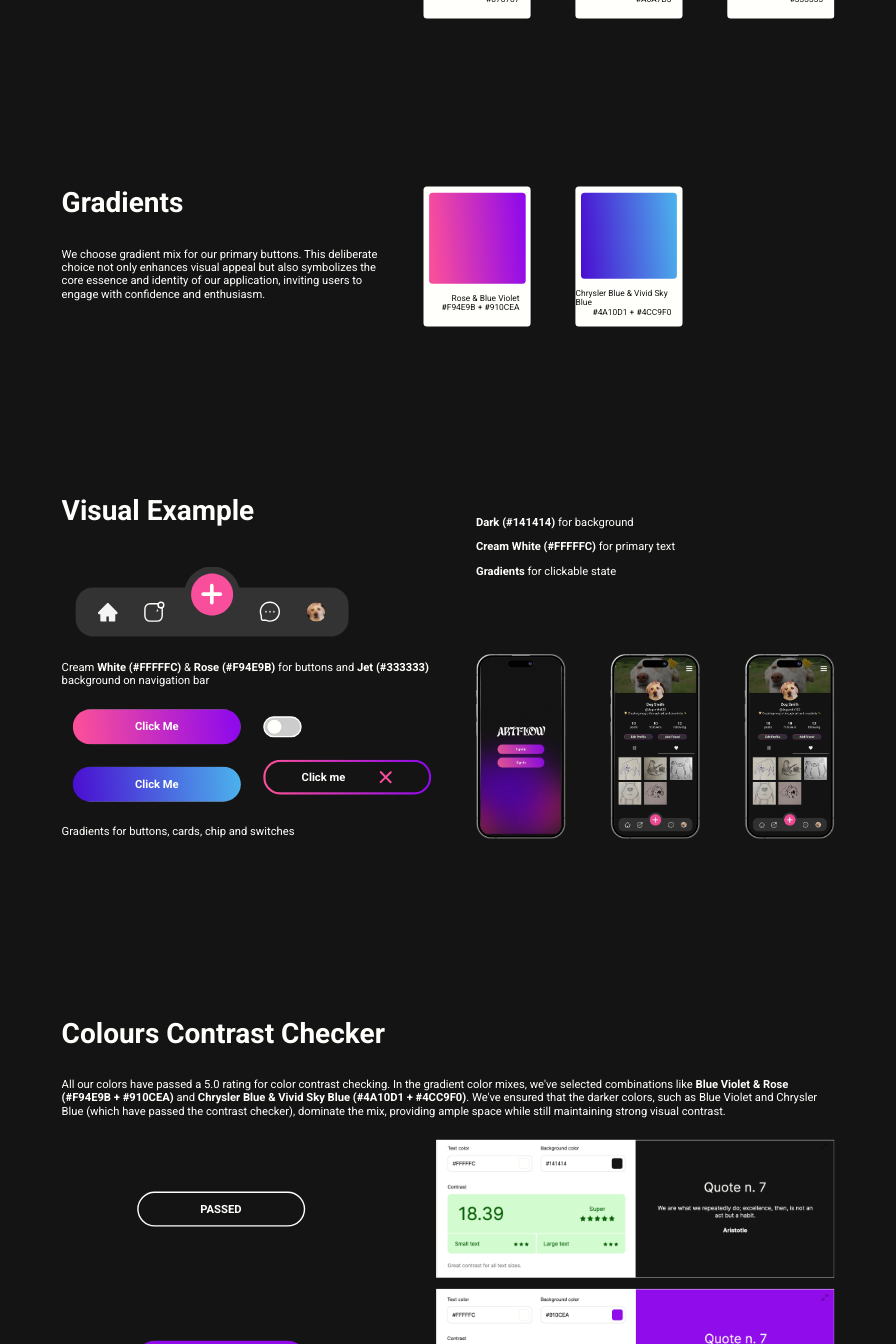
Repository: MonicaNguyenH/artflow_frontend_vanJS
Page: index.html
The author's editor kept a copy of each file at every save. The page is drawn from the files as they stood at one save, then again after the next save.
The browser window is 1280 px wide. The pictures show the part of the page from y = 1796 to 3716 px (the page is 6074 px tall), at 70% of full size.
Some web fonts or font styles are not loaded; a fallback is used.

Above is the page before, as saved 2024-04-05 16:59:16.

After the next save:
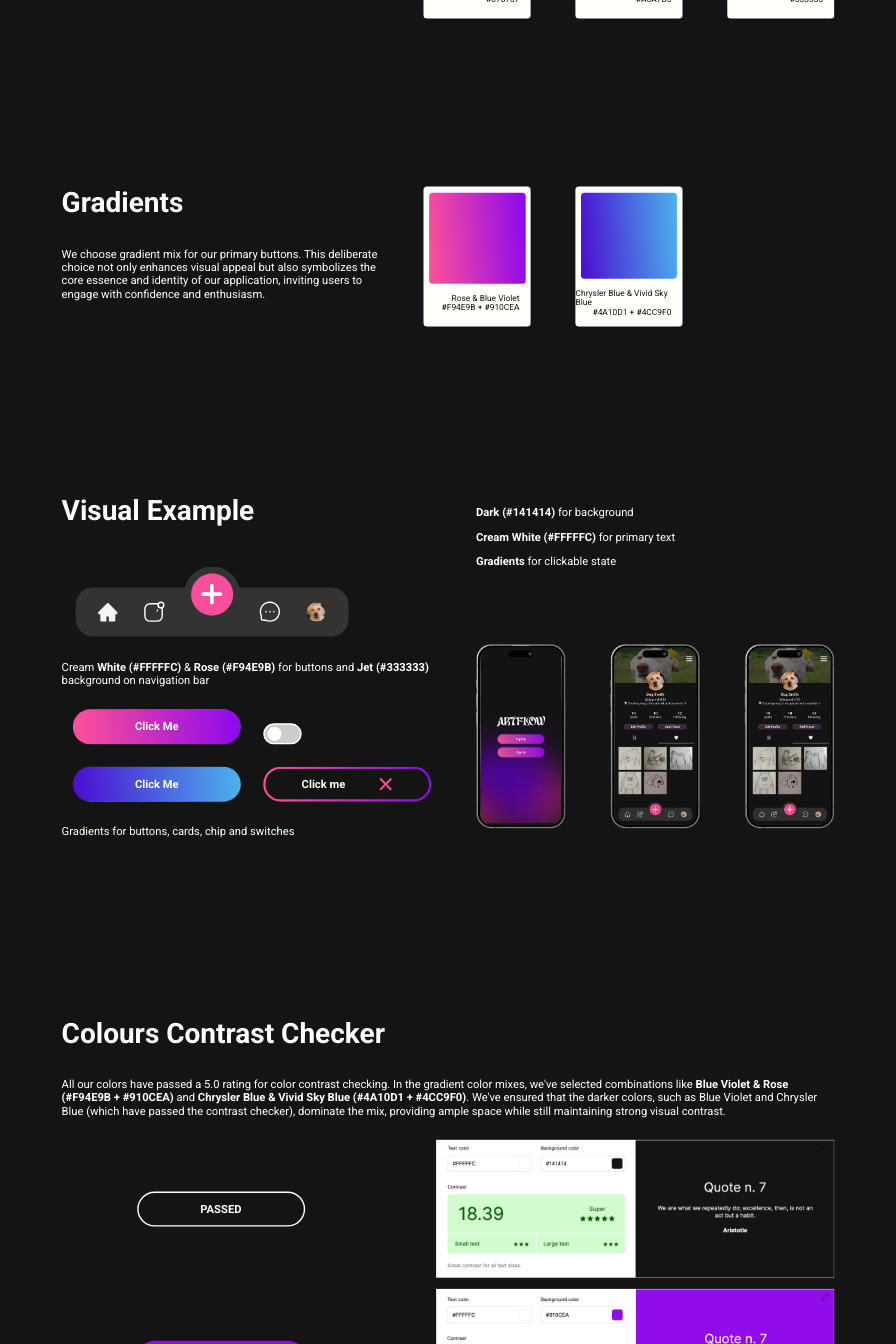
Saved 27 s later.
--- a/css/style.css
+++ b/css/style.css
@@ -451,7 +451,7 @@ input:checked + .slider:before {
 }
 
 /*********** GRID **********/
-.grid {
+.grid-img {
     align-items: center;
 }
 
